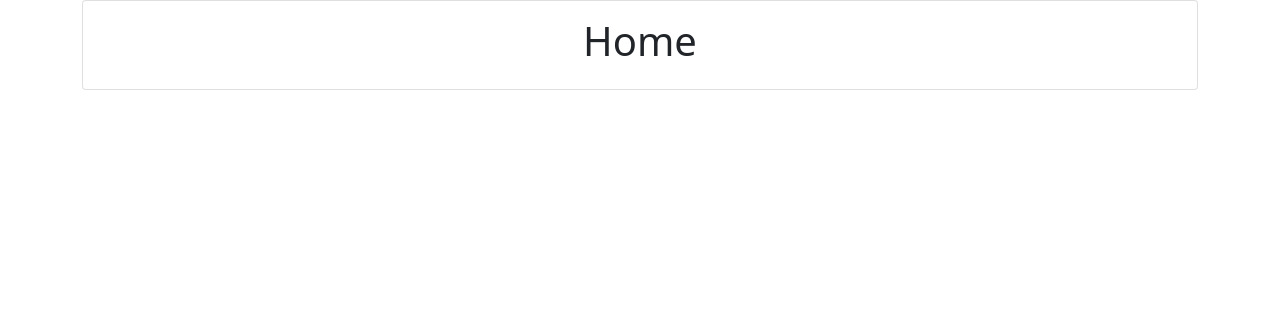
Repository: aman0801/React_Bootstrap
Page: /
The author's editor kept a copy of each file at every save. The page is drawn from the files as they stood at one save, then again after a run of saves.
The browser window is 1280 px wide. The pictures show the whole page.
The project was rebuilt for these pictures with package versions that can differ from the ones it lists, and the page was loaded fresh each time.

Above is the page before, as saved 2023-04-16 01:57:57.

### src/index.js
import React from 'react';
import ReactDOM from 'react-dom/client';
import './index.css';
import App from './App';
import 'bootstrap/dist/css/bootstrap.min.css';
import "bootstrap/dist/js/bootstrap.bundle.min.js";


const root = ReactDOM.createRoot(document.getElementById('root'));
root.render(
  <React.StrictMode>
    <App />
  </React.StrictMode>
);

### src/App.js

import './App.css';
import Home from './components/pages/Home';


function App() {
  return (
    <div className="App">
      <Home />
    </div>
  );
}

export default App;

### src/components/pages/Home.js
import React from 'react'

const Home = () => {
    return (
        <div className="container">
            <div className="card">
                <div className="card-body">
                    <h1>Home</h1>
                </div>
            </div>
        </div>
    )
}

export default Home

### src/components/pages/About.js
import React from 'react'

const About = () => {
  return (
    <div className="container">
    <div className="card">
        <div className="card-body">
            <h1>About</h1>
        </div>
    </div>
</div>
  )
}

export default About

### src/components/pages/Contact.js
import React from 'react'

const Contact = () => {
  return (
    <div className="container">
    <div className="card">
        <div className="card-body">
            <h1>Contact</h1>
        </div>
    </div>
</div>
  )
}

export default Contact

Loaded but not shown: public/index.html (common file); src/index.css (common file); src/App.css (common file)

After the next 9 saves:
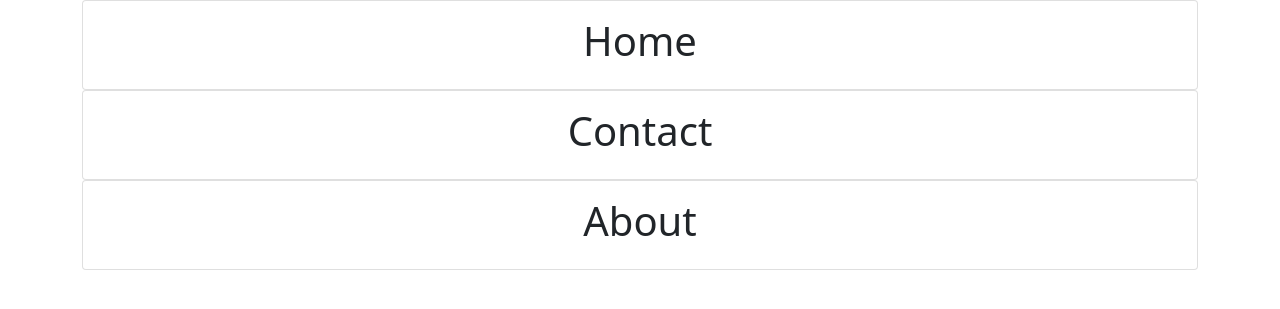
The 9 saves are shown as one change because 3 did not build or start and some came seconds apart.
The last was saved 85 s later.
--- a/src/App.js
+++ b/src/App.js
@@ -1,5 +1,7 @@
 
 import './App.css';
+import About from './components/pages/About';
+import Contact from './components/pages/Contact';
 import Home from './components/pages/Home';
 
 
@@ -7,6 +9,8 @@ function App() {
   return (
     <div className="App">
       <Home />
+      <Contact />
+      <About />
     </div>
   );
 }
